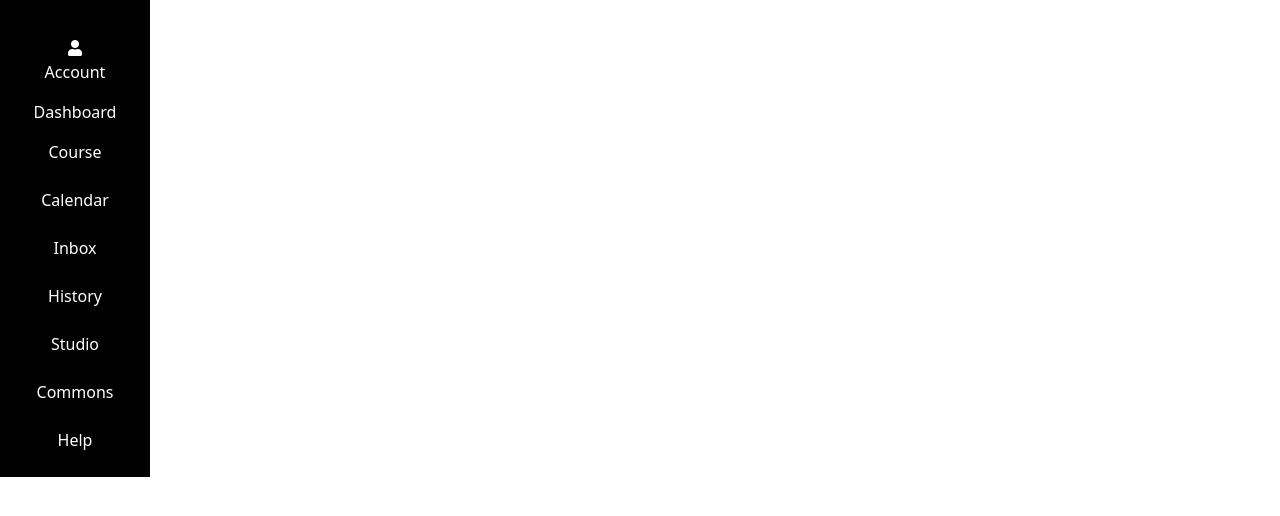
Repository: yuqiant/kanbas-react-web-app
Page: public/kanbas/firstcol.html
An editor plug-in stored every save of this project. The page is shown before and after the next save, followed by the edit.
The browser window is 1280 px wide. The pictures show the whole page.

Above is the page before, as saved 2023-10-01 23:49:32.

### public/kanbas/firstcol.html
<!DOCTYPE html>
<html lang="en">

<head>
    <meta charset="UTF-8">
    <meta name="viewport" content="width=device-width, initial-scale=1.0">
    <title>Kanbas Navigation Sidebar</title>
    <link rel="stylesheet" href="../vendors/fontawesome/css/all.min.css">
    <link rel="stylesheet" href="../vendors/bootstrap/css/bootstrap.min.css" />
    <link href="firstcol.css" rel="stylesheet" />

    <!-- /*<style>
        /*table {
            width: 100%;
            border-collapse: collapse;
        }

        td {
            width: 50%;
            border: 1px solid transparent;
            padding: 20px;
            vertical-align: top;
        }

        */
        #firstColumn {
            width: 80px;
            /* Adjust sidebar width as needed (between 75 and 85 pixels) */
            background-color: black;
            color: white;
            text-align: center;
            padding-top: 20px;
            /* Adjust top padding as needed */
        }

        /* Sidebar links styling */
        #firstColumn ul {
            list-style-type: none;
            padding: 0;
        }

        #firstColumn li {
            margin: 8px 0;
            /* Adjust margin between links as needed (between 5 and 10 pixels) */
            padding: 8px;
            /* Adjust padding around links as needed (between 5 and 10 pixels) */
        }

        #firstColumn a {
            color: white;
            text-decoration: none;
            display: block;
        }

        /* Styling for active link */
        #firstColumn .active {
            background-color: white;
            color: red;
        }
    </style> -->
</head>

<body>
    <table>
        <tr>
            <td id="firstColumn" style="width: 150px;">
                <ul>
                    <li><i class="fa fa-user fa-inverse"></i><a href="accountcol.html">Account</a> </li>
                    <li<i class="fa-solid fa-gauge-simple"></i><a href="#">Dashboard</a></li>
                        <li><a href="coursecol.html">Course</a></li>
                        <li><a href="#">Calendar</a></li>
                        <li><a href="#">Inbox</a></li>
                        <li><a href="#">History</a></li>
                        <li><a href="#">Studio</a></li>
                        <li><a href="#">Commons</a></li>
                        <li><a href="#">Help</a></li>
                </ul>


            </td>
        </tr>
    </table>


</body>

</html>

### public/kanbas/firstcol.css
/*table {
    width: 100%;
    border-collapse: collapse;
}

td {
    width: 50%;
    border: 1px solid transparent;
    padding: 20px;
    vertical-align: top;
}

*/
#firstColumn {
    width: 80px;
    /* Adjust sidebar width as needed (between 75 and 85 pixels) */
    background-color: black;
    color: white;
    text-align: center;
    padding-top: 20px;
    /* Adjust top padding as needed */
}

/* Sidebar links styling */
#firstColumn ul {
    list-style-type: none;
    padding: 0;
}

#firstColumn li {
    margin: 8px 0;
    /* Adjust margin between links as needed (between 5 and 10 pixels) */
    padding: 8px;
    /* Adjust padding around links as needed (between 5 and 10 pixels) */
}

#firstColumn a {
    color: white;
    text-decoration: none;
    display: block;
}

/* Styling for active link */
#firstColumn .active {
    background-color: white;
    color: red;
}

.fa-gauge {
    color: red;
}

Loaded but not shown: public/vendors/fontawesome/css/all.min.css (library); public/vendors/bootstrap/css/bootstrap.min.css (library)

After the next save:
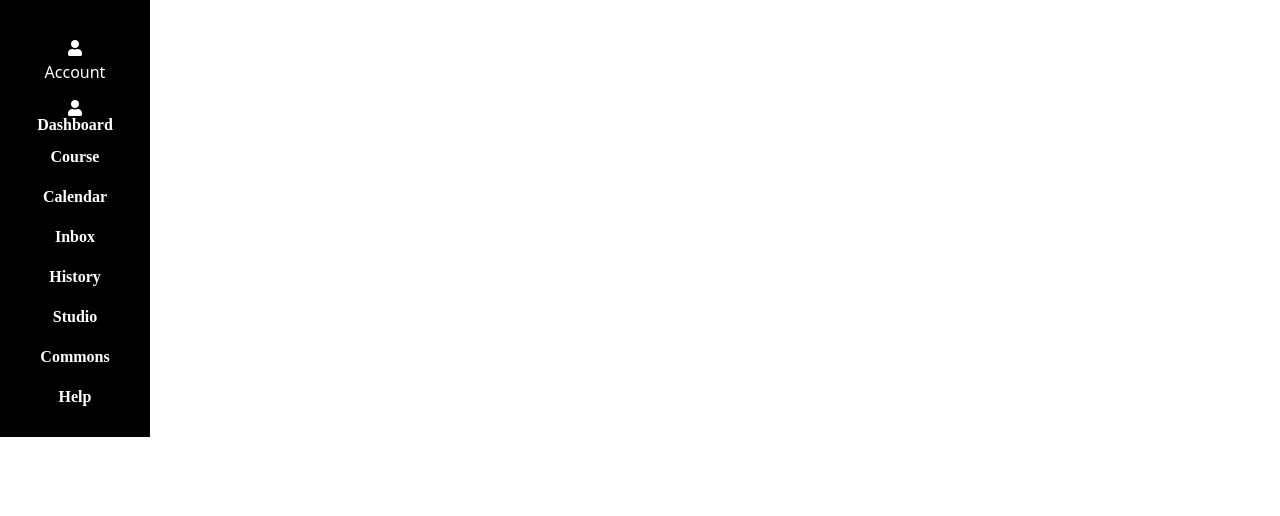
Saved 32 s later.
--- a/public/kanbas/firstcol.html
+++ b/public/kanbas/firstcol.html
@@ -66,7 +66,7 @@
             <td id="firstColumn" style="width: 150px;">
                 <ul>
                     <li><i class="fa fa-user fa-inverse"></i><a href="accountcol.html">Account</a> </li>
-                    <li<i class="fa-solid fa-gauge-simple"></i><a href="#">Dashboard</a></li>
+                    <li<i class="fa fa-user fa-inverse"></i><a href="#">Dashboard</a></li>
                         <li><a href="coursecol.html">Course</a></li>
                         <li><a href="#">Calendar</a></li>
                         <li><a href="#">Inbox</a></li>

After the save that followed:
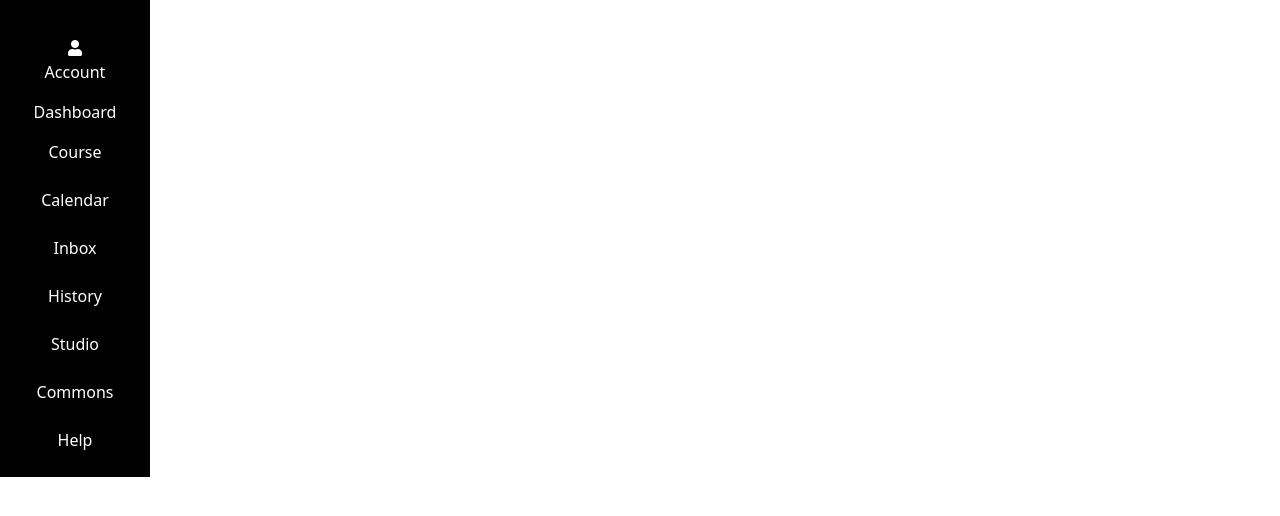
Saved 26 s later.
--- a/public/kanbas/firstcol.html
+++ b/public/kanbas/firstcol.html
@@ -66,7 +66,7 @@
             <td id="firstColumn" style="width: 150px;">
                 <ul>
                     <li><i class="fa fa-user fa-inverse"></i><a href="accountcol.html">Account</a> </li>
-                    <li<i class="fa fa-user fa-inverse"></i><a href="#">Dashboard</a></li>
+                    <li<i class="//"></i><a href="#">Dashboard</a></li>
                         <li><a href="coursecol.html">Course</a></li>
                         <li><a href="#">Calendar</a></li>
                         <li><a href="#">Inbox</a></li>
